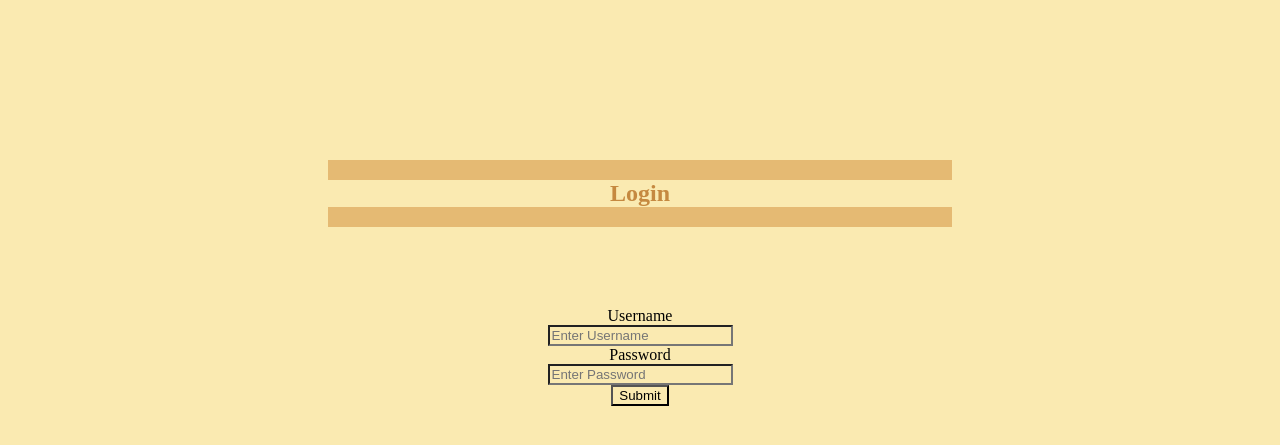
Repository: Shivamkr522/Contact_Us_Page
Page: http://localhost/ContactUs/login.jsp
An editor plug-in stored every save of this project. The page is shown before and after the next save, followed by the edit.
The browser window is 1280 px wide. The pictures show the whole page.
The page is served by Tomcat 9. Other server files are loaded and not shown.

Above is the page before, as saved 2022-12-11 13:16:11.

### ContactUs/src/main/webapp/login.jsp
<%@ page language="java" contentType="text/html; charset=UTF-8"
    pageEncoding="UTF-8"%>
 <%@ taglib prefix="c" uri="http://java.sun.com/jsp/jstl/core"%>
<!DOCTYPE html>
<html>
<head>
<meta charset="UTF-8">
<title>Login</title>
<link rel="stylesheet" href="login.css">

</head>
<body>
	<div id="login-box">
		<h2>Login</h2>
		<form action="login" method="post">
			<label for="user-name">Username</label>
			<br>
			<input type="text" name="username" id="user" placeholder="Enter Username">
			<br>
			<label for="password">Password</label>
			<br>
			<input type="password" name="password" id="pass" placeholder="Enter Password">
			<br>
			<button>Submit</button>
		</form>
	</div>
</body>
</html>

### ContactUs/src/main/webapp/login.css
@charset "UTF-8";

*{
	background-color: #FAEAB1;
}

h2{
	text-align: center;
	color: #C58940;
}

form{
	text-align: center;
	padding: 5rem 0;
}

#login-box{
	display: flex;
	flex-direction: column;
	background-color: #E5BA73;
	margin: 10rem 20rem;
}

After the next save:
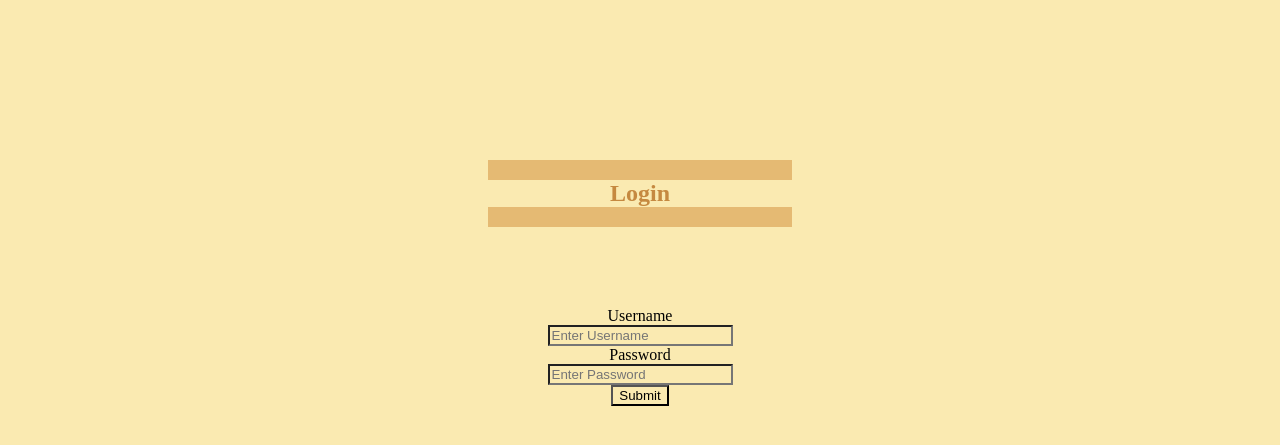
Saved 55 s later.
--- a/ContactUs/src/main/webapp/login.css
+++ b/ContactUs/src/main/webapp/login.css
@@ -18,5 +18,5 @@ form{
 	display: flex;
 	flex-direction: column;
 	background-color: #E5BA73;
-	margin: 10rem 20rem;
+	margin: 10rem 30rem;
 }
